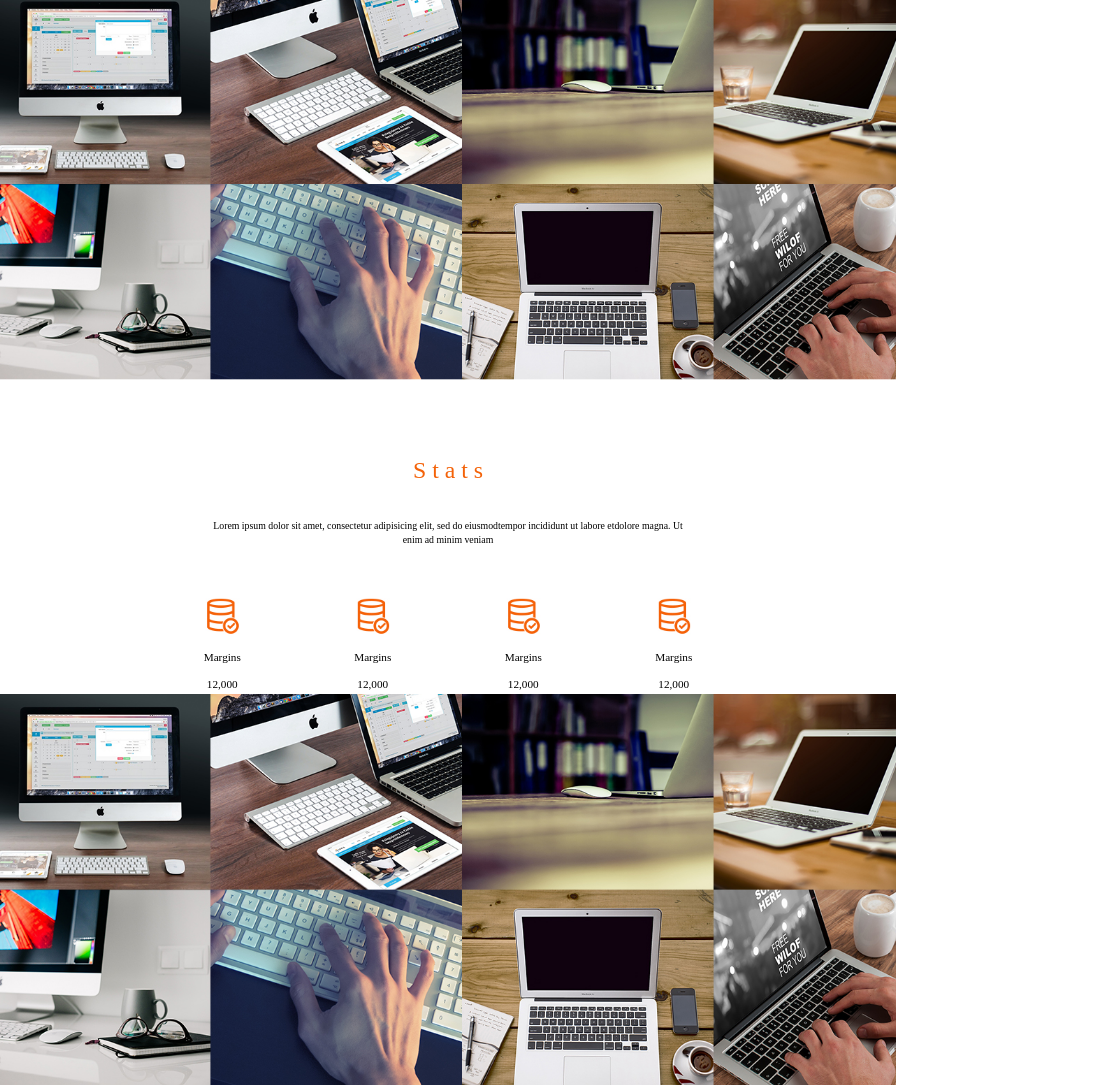
Repository: ScarApocalypse/study
Page: HTML5learning/HTML5作业/index.html
An editor plug-in stored every save of this project. The page is shown before and after the next save, followed by the edit.
The browser window is 1280 px wide. The page is 1600 px wide, so the pictures cover 1600 px, including what lies to the right of the window. The pictures show the part of the page from y = 1196 to 2756 px (the page is 2746 px tall before and 2756 px after), at 70% of full size.

Above is the page before, as saved 2019-03-20 20:51:05.

### HTML5learning/HTML5作业/index.html
<!DOCTYPE html>
<html lang="en">
<head>
    <meta charset="UTF-8">
    <title>Document</title>
    <link rel="stylesheet" href="css/index.css">
    <script src="js/index.js"></script>
</head>
<body>
    <!-- 顶部区域 -->
    <header>
            <div class="container">
                    <a href="index.html" class="logo"><img src="img/logo.jpg" alt=""></a>
                    <nav>
                        <a href="#">HOME</a>
                        <a href="#">PORTFOLIO</a>
                        <a href="#">TEAM</a>
                        <a href="#">CONTACT US</a>
                    </nav>
            </div>

    </header>
    <!-- banner区域 -->
    <section class="banner">
        <div class="container">
                <article>
                        <h1>Welcome to Website</h1>
                        <p>Lorem ipsum dolor sit amet, consectetur adipisicing elit</p>
                    </article>
        </div>

    </section>
    <!-- Portfolio区域 -->
    <section class="Portfolio">
        <div class="container">
            <aside>
                <h1>P o r t f o l i o</h1>
            </aside>
            <article>
                <p>Lorem ipsum dolor sit amet, consectetur adipisicing elit, sed do eiusmodtempor incididunt ut labore etdolore magna. Ut enim ad minim veniam</p>
                <ul class="keyWord clearfix">
                    <li>ALL</li>
                    <li>WEB</li>
                    <li>SOFTWARE</li>
                    <li>WORKS</li>
                    <li>BRANDS</li>
                </ul>
            </article>

        </div>
        <div class="portfolio-nav"></div>
    </section>
    <!-- Stats区域 -->
    <section class="Stats">
            <div class="container">
                    <aside>
                        <h1>S t a t s</h1>
                    </aside>
                    <article>
                        <p>Lorem ipsum dolor sit amet, consectetur adipisicing elit, sed do eiusmodtempor incididunt ut labore etdolore magna. Ut enim ad minim veniam</p>
                    </article>

            </div>
                <div class="stats-icon clearfix">
                    <div class="item">
                            <img src="img/stats1.jpg" alt="">
                            <div class="name">Margins</div>
                            <div class="number">12,000</div>
                    </div>
                    <div class="item">
                            <img src="img/stats1.jpg" alt="">
                            <div class="name">Margins</div>
                            <div class="number">12,000</div>
                    </div>
                    <div class="item">
                            <img src="img/stats1.jpg" alt="">
                            <div class="name">Margins</div>
                            <div class="number">12,000</div>
                    </div>
                    <div class="item">
                            <img src="img/stats1.jpg" alt="">
                            <div class="name">Margins</div>
                            <div class="number">12,000</div>
                    </div>
                </div>
                <div class="portfolio-nav"></div>
    </section>
    <!-- Team区域 -->
    <section class="Team">

    </section>
    <!-- Contact区域 -->
    <section class="Contact">

    </section>
    <!-- 页脚区域 -->
    <footer></footer>
</body>
</html>

### HTML5learning/HTML5作业/css/index.css
*{
    margin:0;
    padding:0;
    list-style: none;
}
body{
    height: 2000px;
    font-family:Microsoft YaHei UI;
}
a{
    text-decoration: none;
}
.clearfix:after{
    content:"";
    height: 0;
    line-height: 0;
    display: block;
    visibility: hidden;
    clear:both;
}
.clearfix{
    zoom:1;
}
/* 顶部区域 */
header{
    height: 95px;
    width: 100%;
    background: #2e2e2e;
}
header > .container{
    width: 1600px;
    margin:0 auto;
    line-height: 95px;
}
header > .container > a.logo{
    float: left;
    margin-top:7px;
}
header > .container > nav{
    float:right;
}
header > .container > nav > a{
    float: left;
    color:#fff;
    margin-left:50px;
}
/* banner区域 */
.banner{
    height: 675px;
    width: 100%;
    background:url(../img/banner.jpg) no-repeat center;
    background-size: cover;
    color:#fff;
    /* overflow: hidden; */
}
.banner > .container{
    width: 850px;
    margin:0 auto;
    text-align: center;
    padding-top:280px;

}
.banner > .container > article > h1{
    font-size:57px;

}
.banner > .container > article > p{
    font-size:16px;
    line-height: 1.5em;
}
/* Portfolio区域 */
.Stats,
.Portfolio{
    width: 100%;
    /* height: 410px; */
    overflow: hidden;
}
.Stats > .container,
.Portfolio > .container{
    width: 700px;
    margin:0 auto;
    text-align: center;

}
.Stats > .container > aside >h1,
.Portfolio > .container > aside >h1{
    color:#f46208;
    font-size:34px;
    font-weight:500;
    margin:110px 0 50px;
}
.Stats > .container > article >p,
.Portfolio > .container > article >p{
    font-size:14px;
    font-weight: 500;
    margin-bottom:72px;
    line-height: 1.5em;
}
.Stats > .container > article > ul.keyWord,
.Portfolio > .container > article > ul.keyWord{
    display: inline-block;
    margin-bottom:50px;
}
.Stats > .container > article > ul.keyWord >li,
.Portfolio > .container > article > ul.keyWord >li{
    float: left;
    /* width: 60px; */
    height: 40px;
    border:1px solid #f46208;
    text-align: center;
    line-height: 40px;
    margin:0 16px;
    font-size:16px;
    padding:0 10px;
    color:#f46208;
}
.Stats > .container > article > ul.keyWord >li:hover
.Portfolio > .container > article > ul.keyWord >li:hover{
    background: #f46208;
    color:#fff;
    cursor: pointer;
}
.Stats-nav,
.portfolio-nav{
    background: url(../img/portfolio-nav-img.jpg) no-repeat center;
    background-size: cover;
    height: 560px;
    width: 100%;
}
/* Stats区域 */
.Stats{
    text-align: center;
}
.Stats > .stats-icon{
   display: inline-block;
}
.Stats > .stats-icon > .item{

    width: 145px;
    /* height: 160px; */
    float: left;
    margin:0 35px;
}
.Stats > .stats-icon > .item >.name{
    margin:20px 0;
}
/* TEAM区域 */
.Team{
}

### HTML5learning/HTML5作业/js/index.js
window.onload=function(){
    console.log("hello");
};

After the next save:
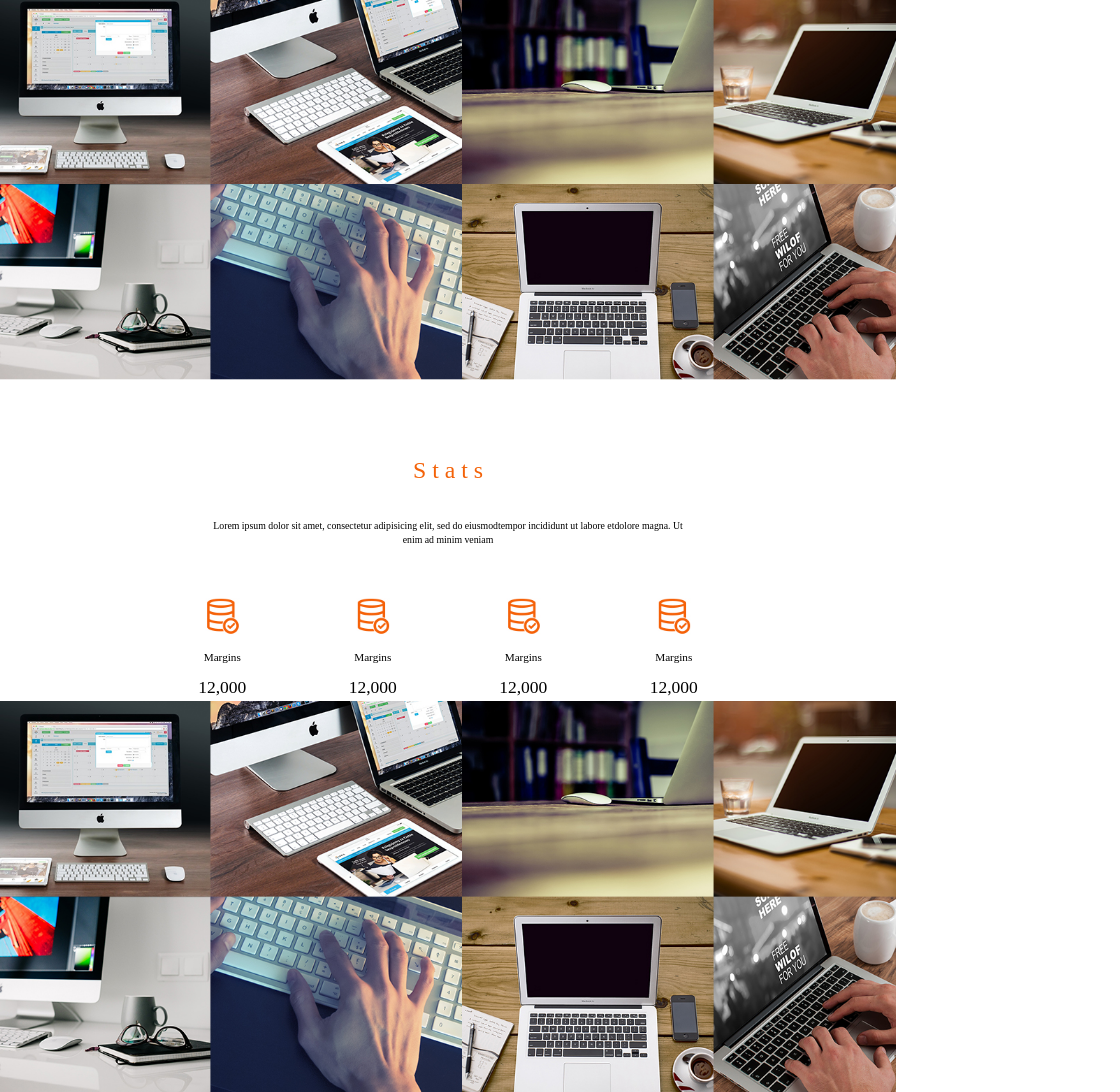
Saved 89 s later.
--- a/HTML5learning/HTML5作业/css/index.css
+++ b/HTML5learning/HTML5作业/css/index.css
@@ -143,6 +143,10 @@ header > .container > nav > a{
 }
 .Stats > .stats-icon > .item >.name{
     margin:20px 0;
+    font-size:16px;
+}
+.Stats > .stats-icon > .item >.number{
+    font-size:25px;
 }
 /* TEAM区域 */
 .Team{
